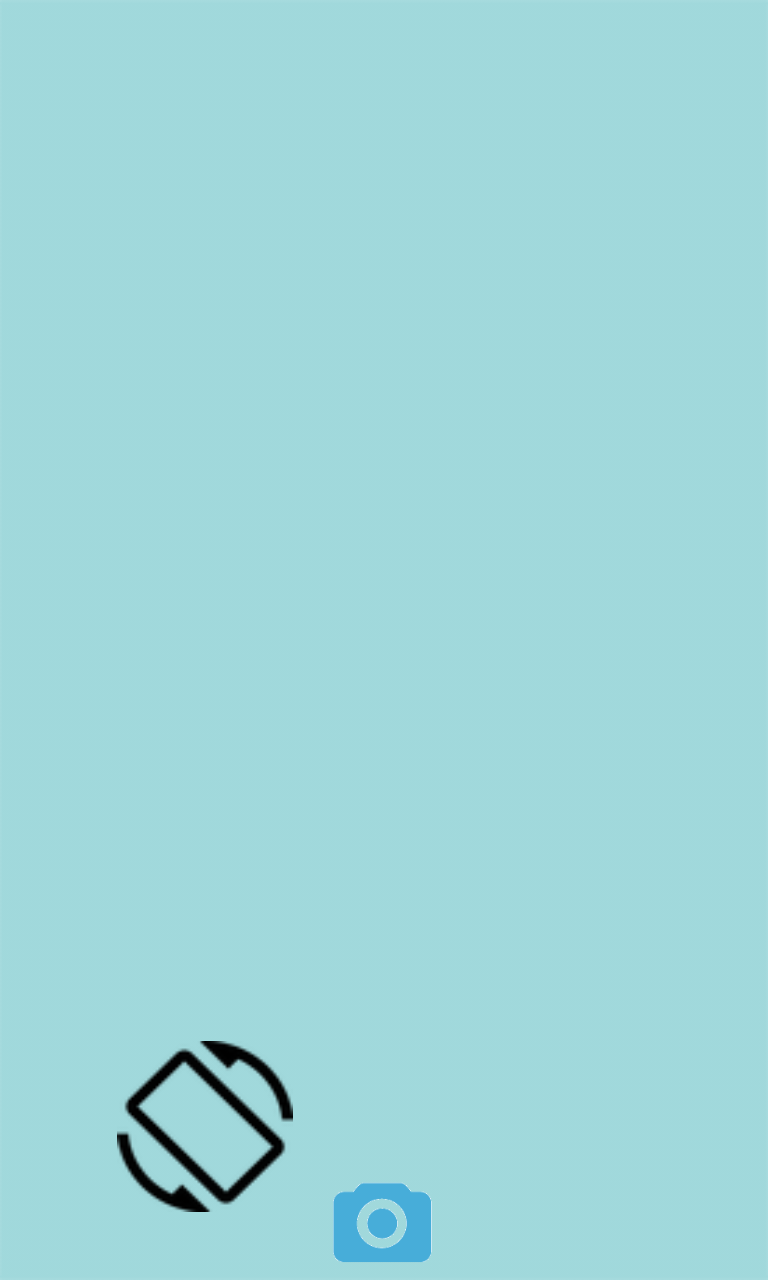
Repository: jucasoliveira/crazycameraapp
Layout: CrazyCameraCp/res/layout/activity_main.xml
An editor plug-in stored every save of this project. The layout is shown before and after the next save, followed by the edit.
It is drawn on a 768 x 1280 px phone screen (xhdpi) without system bars, with theme AppTheme; the app's code is not run.

Above is the layout before, as saved 2015-04-16 23:07:47.

### CrazyCameraCp/res/layout/activity_main.xml
<?xml version="1.0" encoding="utf-8"?>
<LinearLayout xmlns:android="http://schemas.android.com/apk/res/android"
    android:orientation="vertical"
    android:layout_width="fill_parent"
    android:layout_height="fill_parent"
    android:background="@drawable/bluetint"
    >
  <FrameLayout
    android:id="@+id/camera_preview"
    android:layout_width="fill_parent"
    android:layout_height="fill_parent"
    android:layout_weight="1"
    />

  <Button
      android:id="@+id/button_capture"
      android:layout_width="77dp"
      android:layout_height="58dp"
      android:layout_gravity="center"
      android:layout_marginLeft="0dp"
      android:layout_marginTop="10dp"
      android:background="@drawable/iconcamera" />

   <Button
    android:id="@+id/button_rotate"
    android:layout_width="wrap_content"
    android:layout_height="wrap_content"
    android:layout_gravity="center"
    android:layout_marginTop="-120dp"
    android:layout_marginLeft="-90dp"
    android:background="@drawable/icon_rotate"
    />

</LinearLayout>

Loaded but not shown: CrazyCameraCp/res/values/styles.xml (common file); CrazyCameraCp/res/values-v11/styles.xml (common file); CrazyCameraCp/res/values-v14/styles.xml (common file)

After the next save:
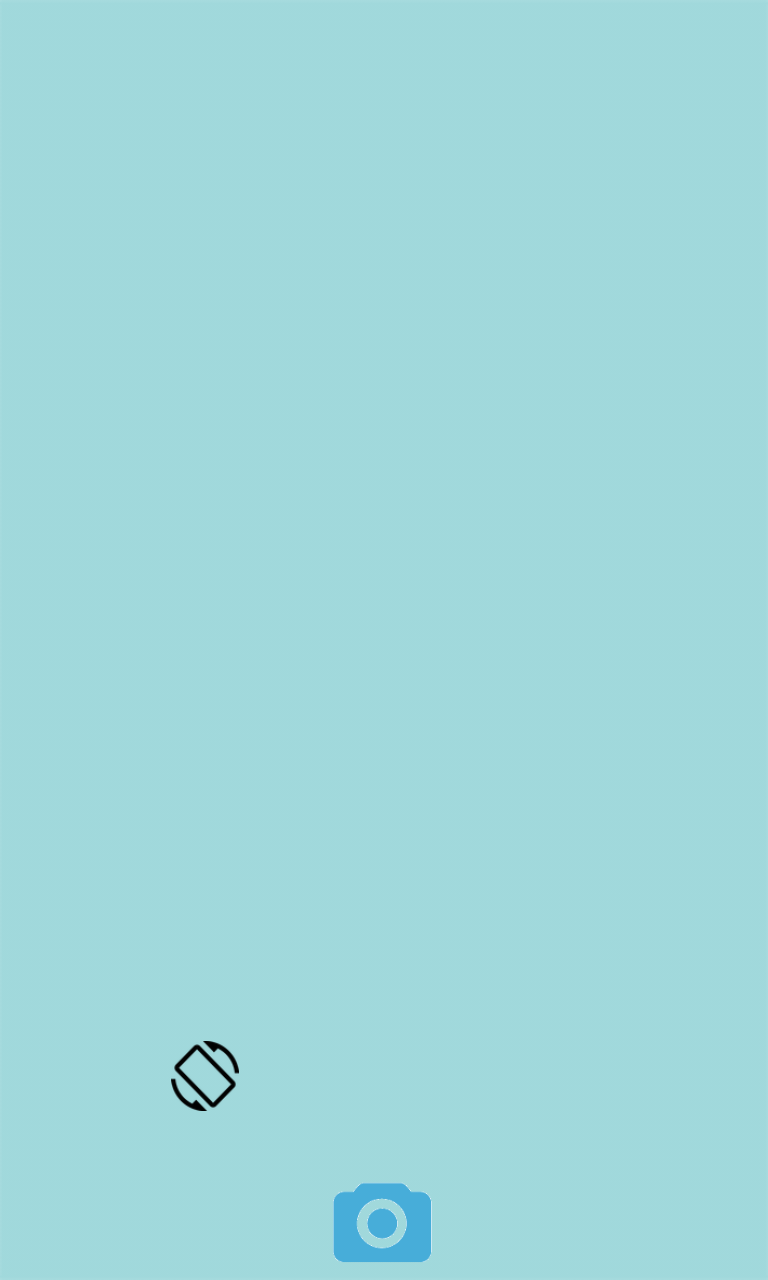
Saved 26 s later.
--- a/CrazyCameraCp/res/layout/activity_main.xml
+++ b/CrazyCameraCp/res/layout/activity_main.xml
@@ -22,13 +22,12 @@
       android:background="@drawable/iconcamera" />
 
    <Button
-    android:id="@+id/button_rotate"
-    android:layout_width="wrap_content"
-    android:layout_height="wrap_content"
-    android:layout_gravity="center"
-    android:layout_marginTop="-120dp"
-    android:layout_marginLeft="-90dp"
-    android:background="@drawable/icon_rotate"
-    />
+       android:id="@+id/button_rotate"
+       android:layout_width="34dp"
+       android:layout_height="35dp"
+       android:layout_gravity="center"
+       android:layout_marginLeft="-90dp"
+       android:layout_marginTop="-120dp"
+       android:background="@drawable/icon_rotate" />
 
 </LinearLayout>
